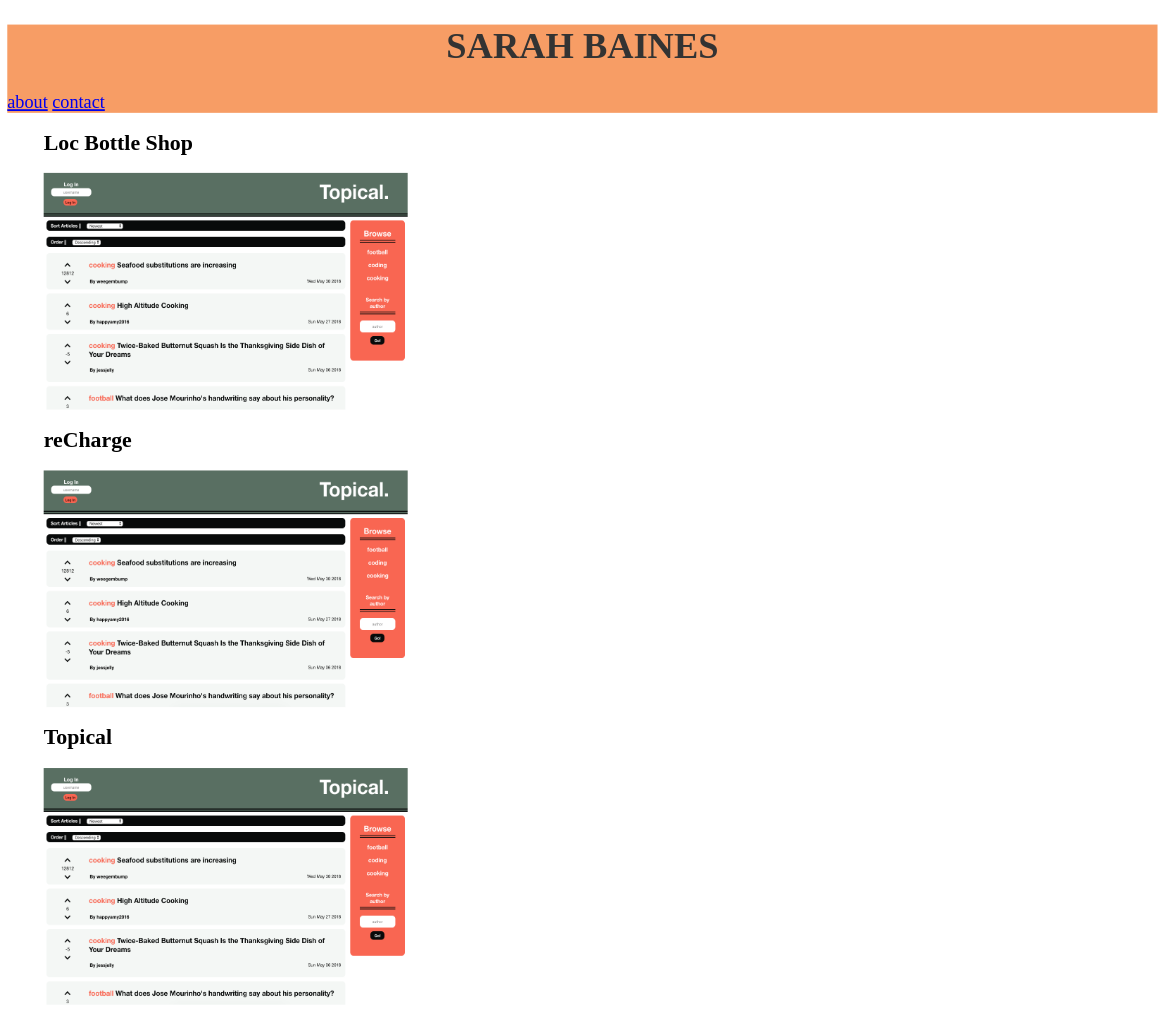
Repository: bainesface/bainesface.github.io
Page: index.html
The author's editor kept a copy of each file at every save. The page is drawn from the files as they stood at one save, then again after the next save.
The browser window is 1280 px wide. The pictures show the whole page, at 91% of full size.

Above is the page before, as saved 2020-04-27 14:26:44.

After the next save:
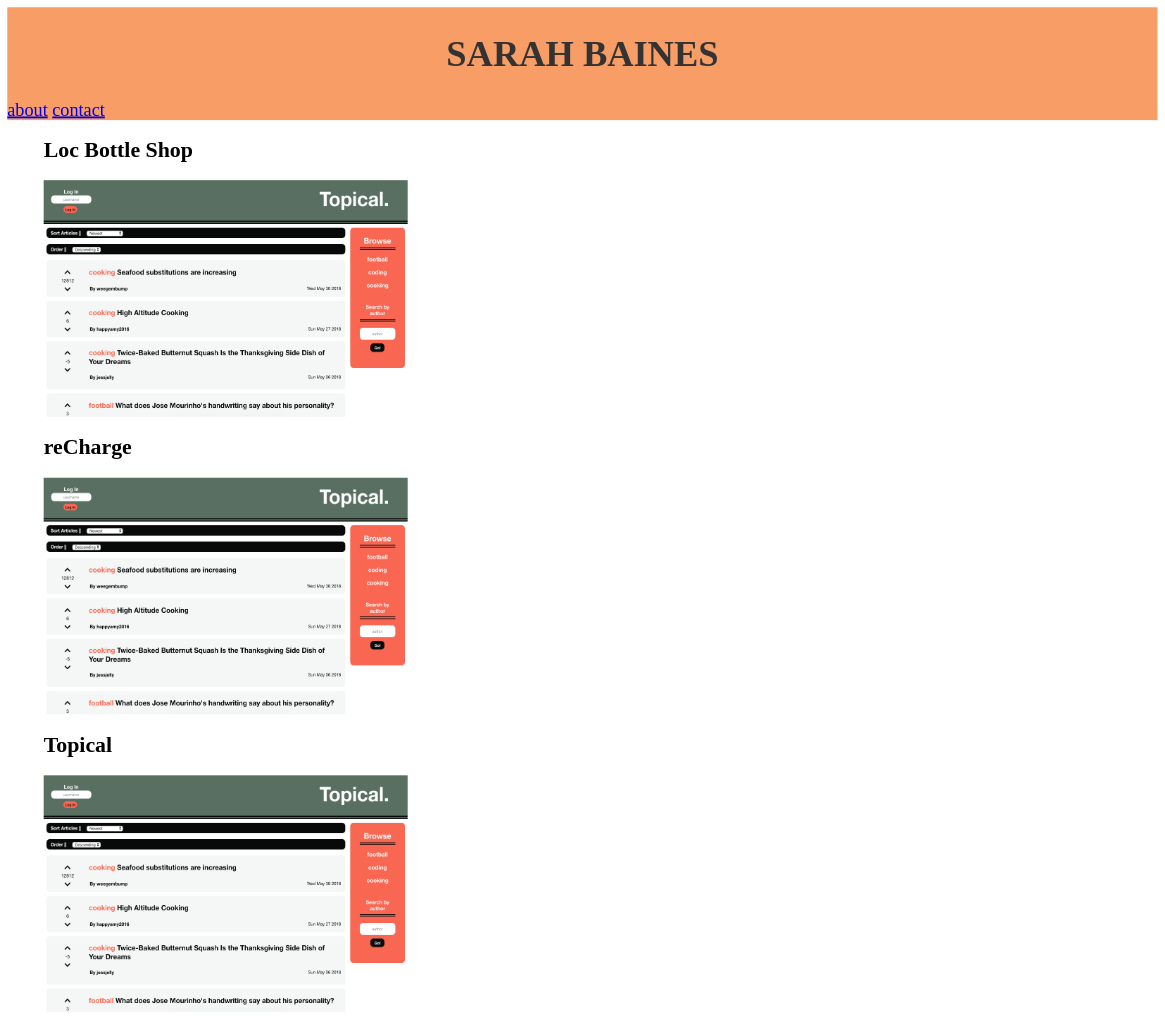
Saved 43 s later.
--- a/index.css
+++ b/index.css
@@ -1,3 +1,7 @@
+.body {
+  display: grid;
+}
+
 .title {
   font-size: 30pt;
   color: #333333;
